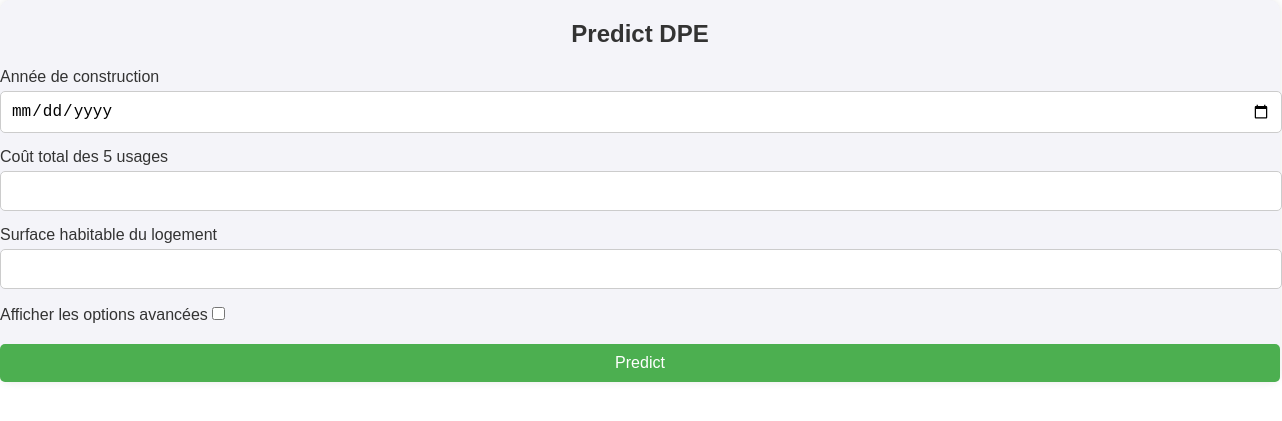
Repository: abdouAppcraft/Predict-DPE
Page: /
The author's editor kept a copy of each file at every save. The page is drawn from the files as they stood at one save, then again after the next save.
The browser window is 1280 px wide. The page is 1282 px wide, then 1280 px, so the pictures cover 1282 px, including what lies to the right of the window. The pictures show the whole page.
The page's requests for data from a server got no answer. The project was rebuilt for these pictures with package versions that can differ from the ones it lists, and the page was loaded fresh each time. No one was signed in, and anything a server would have sent is missing. Also part of the build but not shown: src/screens/Result/Result.tsx.

Above is the page before, as saved 2024-06-11 17:04:34.

After the next save:
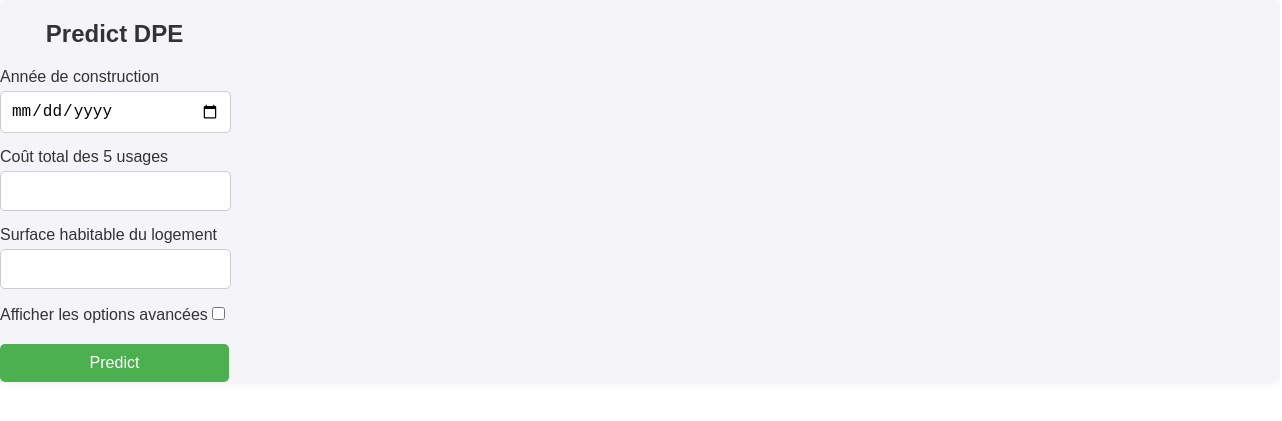
Saved 30 s later.
--- a/src/screens/PredictForm/PredictForm.css
+++ b/src/screens/PredictForm/PredictForm.css
@@ -4,8 +4,7 @@
     border-radius: 10px;
     box-shadow: 0 0 10px rgba(0, 0, 0, 0.1);
     font-family: Arial, sans-serif;
-    display: grid;
-    grid-template-rows: 1fr;
+display: flex;
 }
 
 .predict-form h1 {
